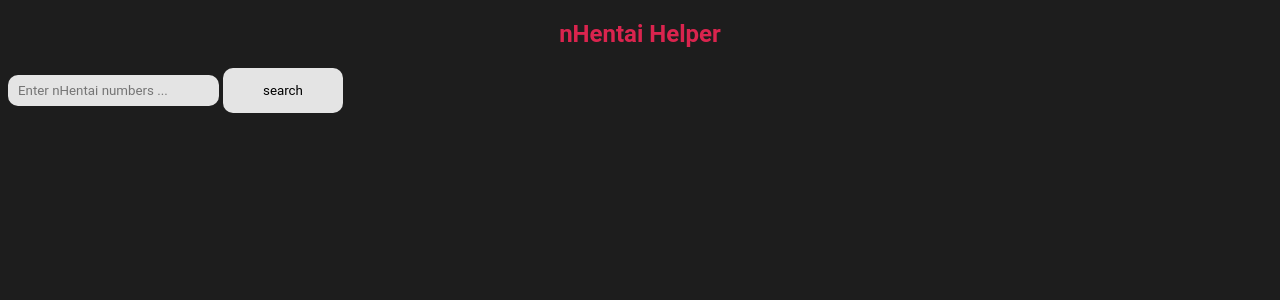
Repository: Lizadking/nHentai_Helper
Page: Mainpop.html
The author's editor kept a copy of each file at every save. The page is drawn from the files as they stood at one save, then again after the next save.
The browser window is 1280 px wide. The pictures show the whole page.

Above is the page before, as saved 2021-08-06 23:17:10.

After the next save:
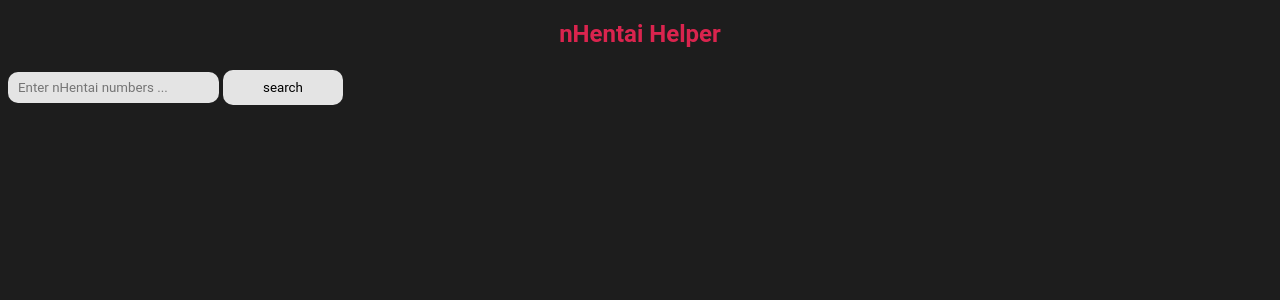
Saved 5 s later.
--- a/mainStylesheet.css
+++ b/mainStylesheet.css
@@ -28,7 +28,7 @@
 }
 input[type=button],input[type=submit]
 {
-    padding: 15px 40px;
+    padding: 10px 40px;
     border-radius:10px;
     border: 0;
     background-color: rgb(228, 228, 228);
